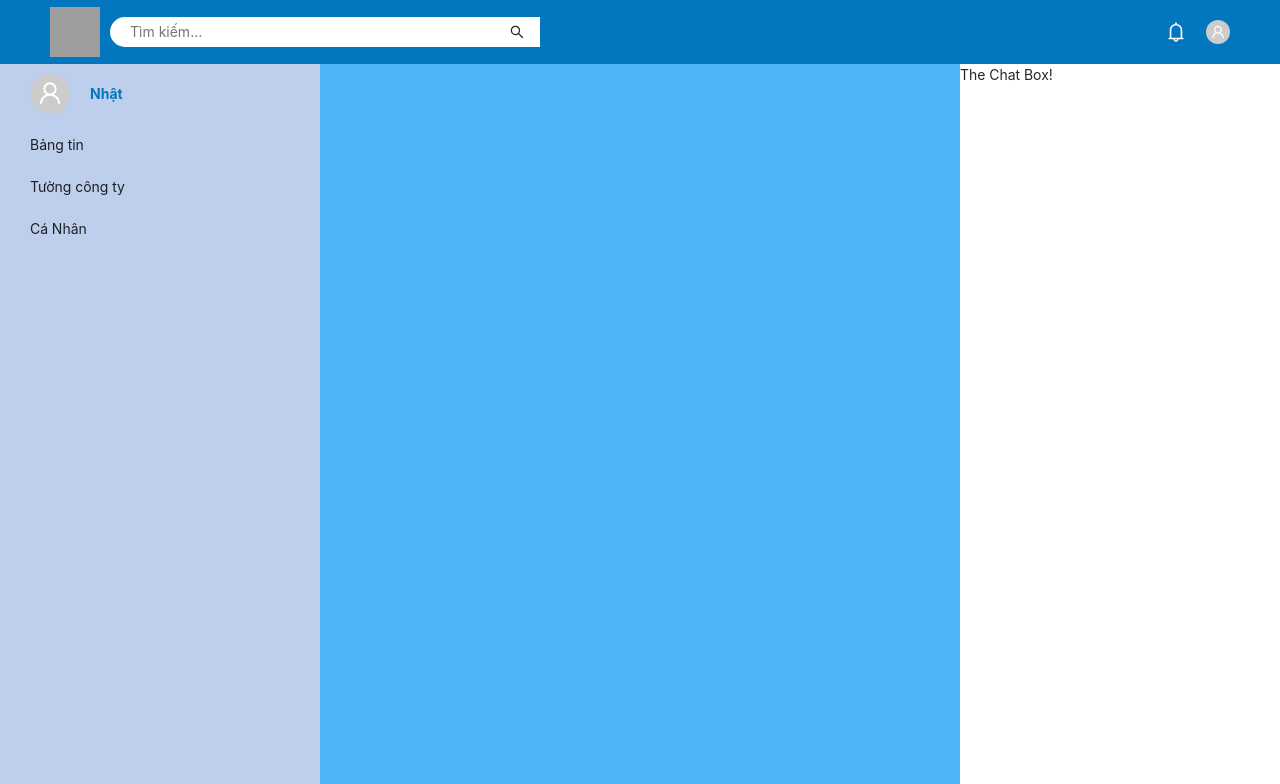
Repository: baonhat27/SocialNetwork_FE
Page: /home
An editor plug-in stored every save of this project. The page is shown before and after the next save, followed by the edit.
The browser window is 1280 px wide. The pictures show the whole page.
Pictures or frames that could not be fetched are drawn as grey boxes. The project was rebuilt for these pictures with package versions that can differ from the ones it lists, and the page was loaded fresh each time. Also part of the build but not shown: src/containers/chat/component/ChatComponent.module.css, src/containers/loginPage/component/LoginPageComponent.module.css, src/components/Input/Input.module.css, src/components/Input/Input.js, src/components/Button/Button.module.css, src/components/Button/Button.js, src/containers/loginPage/component/LoginPageComponent.js, src/containers/loginPage/LoginPageContainer.js.

Above is the page before, as saved 2022-03-09 22:27:40.

After the next save:
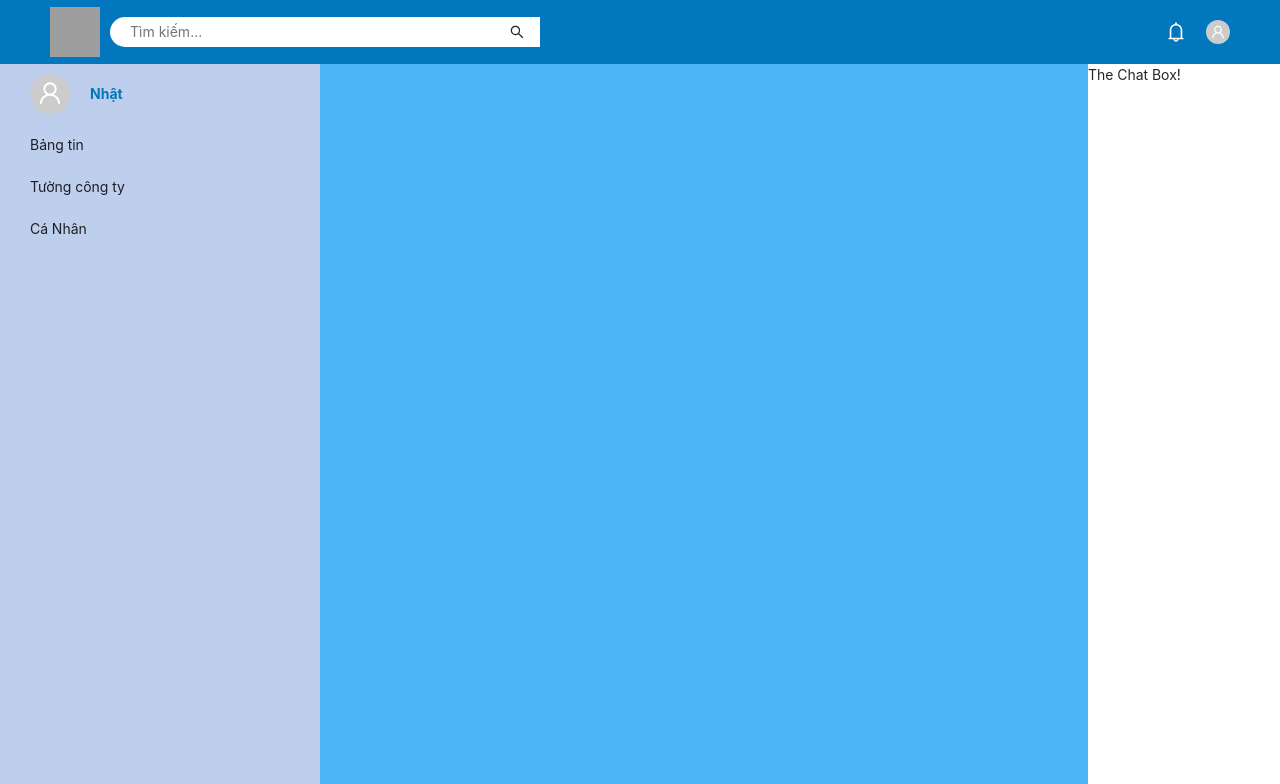
Saved 49 s later.
--- a/src/containers/content/component/ContentComponent.module.css
+++ b/src/containers/content/component/ContentComponent.module.css
@@ -1,4 +1,4 @@
 .content{
     background-color: #4db6f6;
-    width: 50%;
+    width: 60%;
 }

After the save that followed:
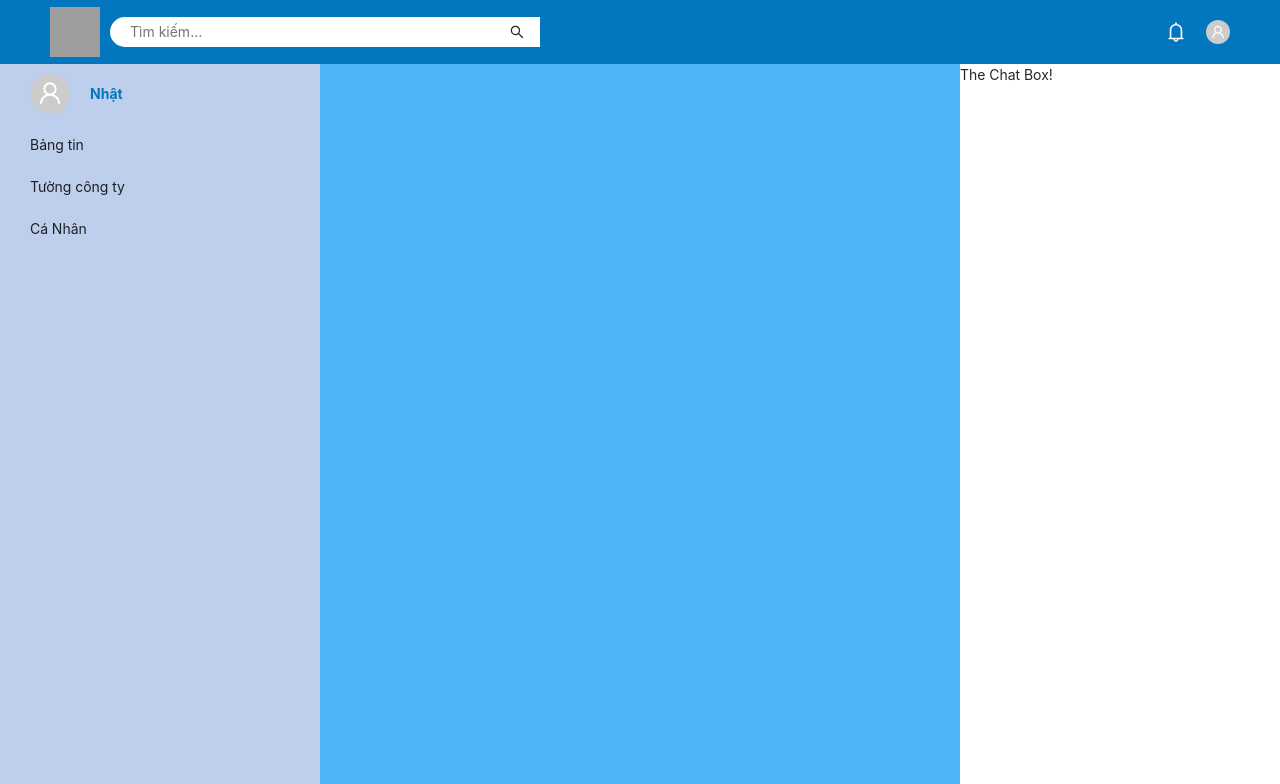
Saved 5 s later.
--- a/src/containers/content/component/ContentComponent.module.css
+++ b/src/containers/content/component/ContentComponent.module.css
@@ -1,4 +1,4 @@
 .content{
     background-color: #4db6f6;
-    width: 60%;
+    width: 50%;
 }
